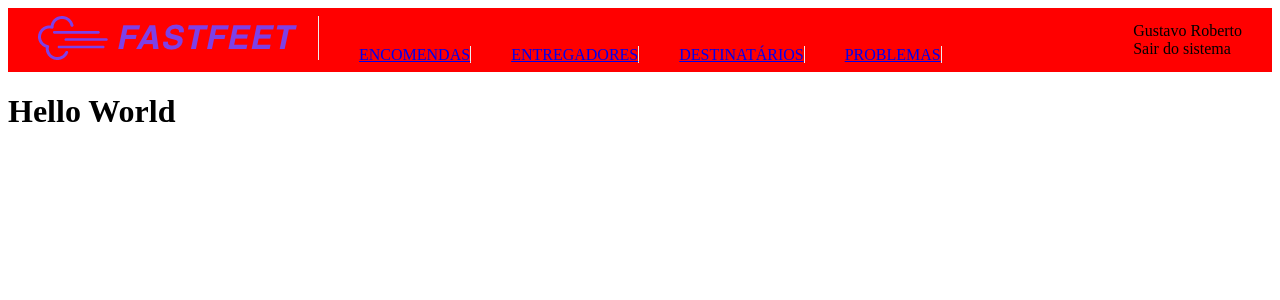
Repository: guuhx97/fastfeet
Page: / (app in frontend/)
The author's editor kept a copy of each file at every save. The page is drawn from the files as they stood at one save, then again after the next save.
The browser window is 1280 px wide. The pictures show the whole page.
The project was rebuilt for these pictures with package versions that can differ from the ones it lists, and the page was loaded fresh each time.

Above is the page before, as saved 2020-06-26 15:09:29.

### frontend/src/App.js
import React from 'react';

import Header from './components/Header';

function App() {
  return (
    <>
      <Header />
      <h1>Hello World</h1>
    </>
  );
}

export default App;

### frontend/src/components/Header/index.js
import React from 'react';
import { Link } from 'react-router-dom';

import { Container, Content, Profile, User, Logout } from './styles';
import logo from '../../assets/fastfeet-logo.png'
function Header() {
  return (
    <Container>
      <Content>
        <nav>
          <img src={logo} alt="FastFeet"/>
          <a href="/encomenda">ENCOMENDAS</a>
          <a href="/encomenda">ENTREGADORES</a>
          <a href="/encomenda">DESTINATÁRIOS</a>
          <a href="/encomenda">PROBLEMAS</a>
        </nav>
        <aside>
          <Profile>
            <User>Gustavo Roberto</User>
            <Logout>Sair do sistema</Logout>
          </Profile>
        </aside>
      </Content>
    </Container>
  );
}

export default Header;

### frontend/src/components/Header/styles.js
import styled from 'styled-components';

export const Container = styled.div`
  background: red;
  padding: 0 30px;
`;

export const Content = styled.div`
  height: 64px;
  width: 100%;
  margin: 0 auto;
  display: flex;
  justify-content: space-between;
  align-items: center;

  img {
    margin-right: 20px;
    padding-right: 20px;
    border-right: 1px solid #eee;
  }

  a {
    margin: 20px;
    border-right: 1px solid #eee;
  }
`;

export const Profile = styled.div`

`;

export const User = styled.div`

`;

export const Logout = styled.div`

`;

### frontend/src/styles/global.js
import { createGlobalStyle } from 'styled-components';

export default createGlobalStyle`
  @import url('https://fonts.googleapis.com/css2?family=Roboto:wght@400;700&display=swap');
  * {
    margin: 0;
    padding: 0;
    outline: 0;
    box-sizing: border-box
  }

  *:focus {
    outline: 0
  }

  html, body, #root {
    height: 100%
  }

  body {
    -webkit-font-smoothing: antialiased;
  }

  body, input, button {
    font: 14px 'Roboto', sans-serif;
  }

  a {
    text-decoration: none;
  }

  ul {
    text-decoration: none;
  }

  button {
    cursor: pointer
  }
`;

Loaded but not shown: frontend/public/index.html (common file); frontend/src/index.js (common file)

After the next save:
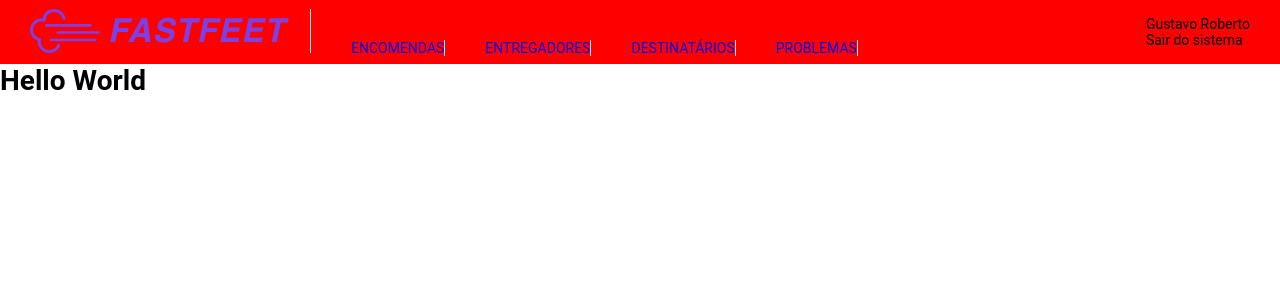
Saved 55 s later.
--- a/frontend/src/App.js
+++ b/frontend/src/App.js
@@ -1,11 +1,13 @@
 import React from 'react';
 
 import Header from './components/Header';
+import GlobalStyles from './styles/global';
 
 function App() {
   return (
     <>
       <Header />
+      <GlobalStyles />
       <h1>Hello World</h1>
     </>
   );
